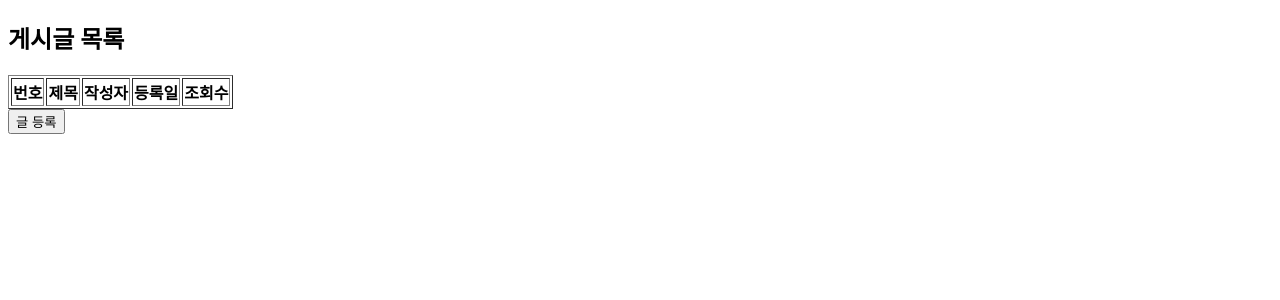
Repository: morisYu/bulletin_board
Page: http://localhost/jsp_board01/list.jsp
These files come from the project's save history. The page is drawn as it stood at one moment and after the next save; the edit follows.
The browser window is 1280 px wide. The pictures show the whole page.
The page is served by Tomcat 9. Other server files are loaded and not shown. Queries for data that is not in the repository find no rows.

Above is the page before, as saved 2022-06-09 12:53:42.

### board02/jsp_board01/WebContent/list.jsp
<%@ page language="java" contentType="text/html; charset=UTF-8"
    pageEncoding="UTF-8"%>
<%@ taglib uri="http://java.sun.com/jsp/jstl/core" prefix="c" %>
<%@ page import="board.*" %>
<%@ page import="dto.*" %>
<%@ page import="java.util.List" %>
<%
	BoardDao dao = new BoardDao();
	List<BoardVo> ls = dao.selectAll();
	// JSP 페이지에 대한 정보를 저장(JSP 의 request, reponse 와 같이 내장 객체임)
	pageContext.setAttribute("ls", ls);
%>
<!DOCTYPE html>
<html>
<head>
<title>목록</title>
</head>
<body>
	<%
		request.setCharacterEncoding("UTF-8");
	%>
	<h2>게시글 목록</h2>
	<table border="1">
		<tr>
			<th>번호</th>
			<th>제목</th>
			<th>작성자</th>
			<th>등록일</th>
			<th>조회수</th>
		</tr>
		<c:forEach var="board" items="${ls}">
			<tr>
				<td>${board.num}</td>
				<td><a href="${pageContext.request.contextPath}/boardDetail.jsp?num=${board.num}">${board.title}</a></td>
				<td>${board.writer}</td>
				<td>${board.regdate}</td>
				<td>${board.cnt}</td>
			</tr>
		</c:forEach>
	</table>
	<a href="<c:url value="registForm.jsp"/>"><button>글 등록</button></a>

</body>
</html>

### board02/jsp_board01/src/board/BoardDao.java
package board;

import java.sql.Connection;
import java.sql.PreparedStatement;
import java.sql.ResultSet;
import java.sql.SQLException;
import java.sql.Statement;
import java.util.ArrayList;
import java.util.Date;
import java.util.List;

import dao.JdbcUtil;
import dto.BoardVo;

public class BoardDao {
	private JdbcUtil ju;

	public BoardDao(){
		ju = JdbcUtil.getInstance();
	}

	// 데이터 삽입
	public int insert(BoardVo vo){
		Connection con = null;
		PreparedStatement pstmt = null;
		String sql = "INSERT INTO board(title, writer, content) VALUES (?, ?, ?)";
		int result = -1;
		try{
			con = ju.getConnection();
			pstmt = con.prepareStatement(sql);
			pstmt.setString(1, vo.getTitle());
			pstmt.setString(2, vo.getWriter());
			pstmt.setString(3, vo.getContent());
			// 업데이트가 정상적으로 되면 1 이 반환됨
			result = pstmt.executeUpdate();
		}catch(SQLException e){
			e.printStackTrace();
		}finally{
			if(pstmt != null){
				try {
					pstmt.close();
				} catch (SQLException e) {
					e.printStackTrace();
				}
			}
			if(con != null){
				try {
					con.close();
				} catch (SQLException e) {
					e.printStackTrace();
				}
			}
		}

		return result;
	}

	// 데이터 조회(전체 데이터)
	public List<BoardVo> selectAll(){
		Connection con = null;
		Statement stmt = null;
		ResultSet rs = null;
		String sql = "SELECT * FROM board ORDER BY regdate DESC";

		ArrayList<BoardVo> ls = new ArrayList<BoardVo>();

		try{
			con = ju.getConnection();
			stmt = con.createStatement();
			rs = stmt.executeQuery(sql);
			while(rs.next()){
				BoardVo vo = new BoardVo(rs.getInt(1), rs.getString(2),	rs.getString(3),
								rs.getString(4), rs.getTimestamp(5),
								rs.getInt(6));
				ls.add(vo);
			}
		}catch(SQLException e){
			e.printStackTrace();
		}finally{
			if(rs != null){
				try {
					rs.close();
				} catch (SQLException e) {
					e.printStackTrace();
				}
			}
			if(stmt != null){
				try {
					stmt.close();
				} catch (SQLException e) {
					e.printStackTrace();
				}
			}
			if(con != null){
				try {
					con.close();
				} catch (SQLException e) {
					e.printStackTrace();
				}
			}
		}
		return ls;
	}

	// 데이터 조회(하나의 데이터)
	public BoardVo selectOne(int num){
		Connection con = null;
		PreparedStatement pstmt = null;
		ResultSet rs = null;
		String sql = "SELECT * FROM board WHERE num = ?";

		BoardVo vo = null;

		try{
			con = ju.getConnection();
			pstmt = con.prepareStatement(sql);
			pstmt.setInt(1, num);
			rs = pstmt.executeQuery();

			if(rs.next()){
				vo = new BoardVo(rs.getInt(1), rs.getString(2),	rs.getString(3),
								rs.getString(4), rs.getTimestamp(5),
								rs.getInt(6));
			}
		}catch(SQLException e){
			e.printStackTrace();
		}finally{
			if(rs != null){
				try {
					rs.close();
				} catch (SQLException e) {
					e.printStackTrace();
				}
			}
			if(pstmt != null){
				try {
					pstmt.close();
				} catch (SQLException e) {
					e.printStackTrace();
				}
			}
			if(con != null){
				try {
					con.close();
				} catch (SQLException e) {
					e.printStackTrace();
				}
			}
		}
		return vo;
	}

	// 데이터 수정

	// 데이터 삭제

}

### board02/jsp_board01/src/dao/JdbcUtil.java
package dao;

import java.sql.Connection;
import java.sql.SQLException;

import javax.naming.InitialContext;
import javax.naming.NamingException;
import javax.sql.DataSource;

public class JdbcUtil {
	private static JdbcUtil instance = new JdbcUtil();

	private static DataSource ds;
	static {
		try{
			System.out.println("드라이버 로딩 성공!");
			Class.forName("com.mysql.cj.jdbc.Driver");
			// context.xml 정보를 사용해서 데이터베이스 연결
			InitialContext ctx = new InitialContext();
			ds = (DataSource) ctx.lookup("java:comp/env/jdbc/jsp_board01_DB");
		}catch(ClassNotFoundException e){
			e.printStackTrace();
		} catch (NamingException e) {
			e.printStackTrace();
		}
	}

	private JdbcUtil(){}

	public static JdbcUtil getInstance(){
		return instance;
	}

	public Connection getConnection() throws SQLException{
		// tomcat-dbcp 풀에서 커넥션 반환
		return ds.getConnection();
	}
}

After the next save:
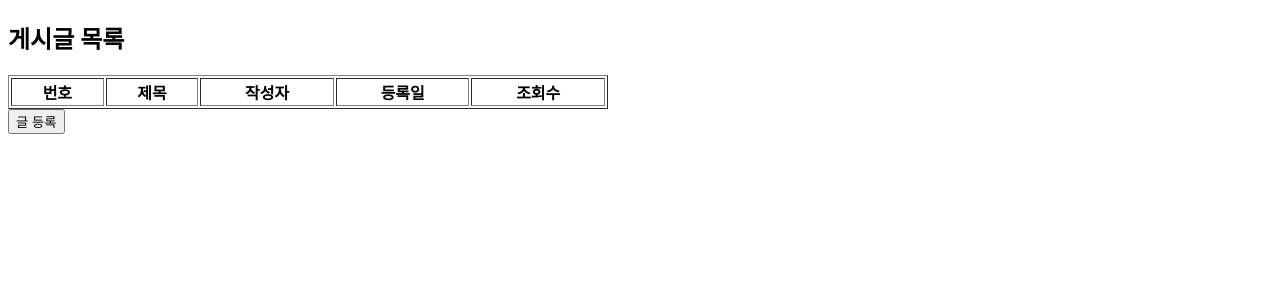
Saved 10 min 50 s later.
--- a/board02/jsp_board01/WebContent/list.jsp
+++ b/board02/jsp_board01/WebContent/list.jsp
@@ -7,7 +7,7 @@
 <%
 	BoardDao dao = new BoardDao();
 	List<BoardVo> ls = dao.selectAll();
-	// JSP 페이지에 대한 정보를 저장(JSP 의 request, reponse 와 같이 내장 객체임)
+	// JSP 페이지에 대한 정보를 저장(pageContext는 JSP 의 request, reponse 와 같이 내장 객체임)
 	pageContext.setAttribute("ls", ls);
 %>
 <!DOCTYPE html>
@@ -20,7 +20,7 @@
 		request.setCharacterEncoding("UTF-8");
 	%>
 	<h2>게시글 목록</h2>
-	<table border="1">
+	<table border="1" width="600px">
 		<tr>
 			<th>번호</th>
 			<th>제목</th>
